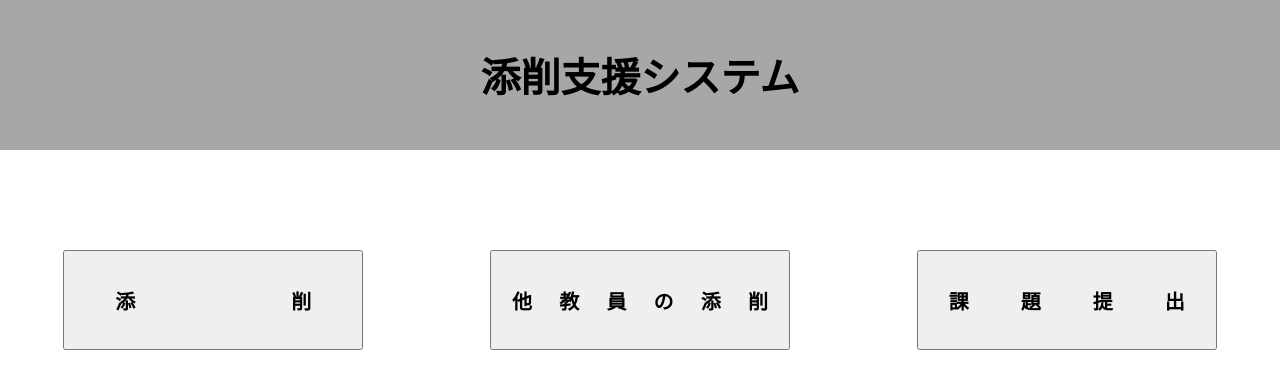
Repository: k-murakami18/canvas_v2
Page: Main.html
The author's editor kept a copy of each file at every save. The page is drawn from the files as they stood at one save, then again after the next save.
The browser window is 1280 px wide. The pictures show the whole page.

Above is the page before, as saved 2021-01-04 20:24:56.

After the next save:
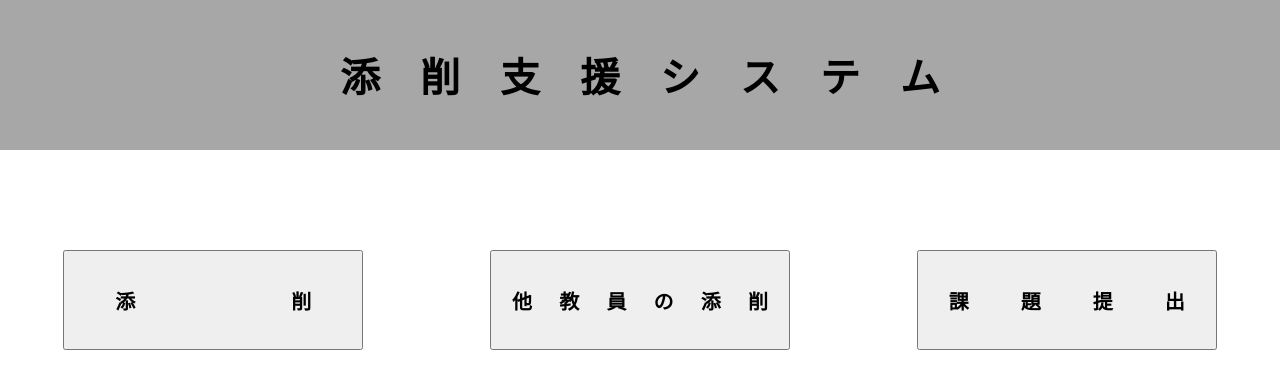
Saved 13 s later.
--- a/Main.html
+++ b/Main.html
@@ -17,7 +17,7 @@
 <body>
   <!--タイトルとファイル選択-->
   <div class="title_container">
-    <h1 id="title">添削支援システム</h1>
+    <h1 id="title">添　削　支　援　シ　ス　テ　ム</h1>
   </div>
 
   <div class="btn_name">
